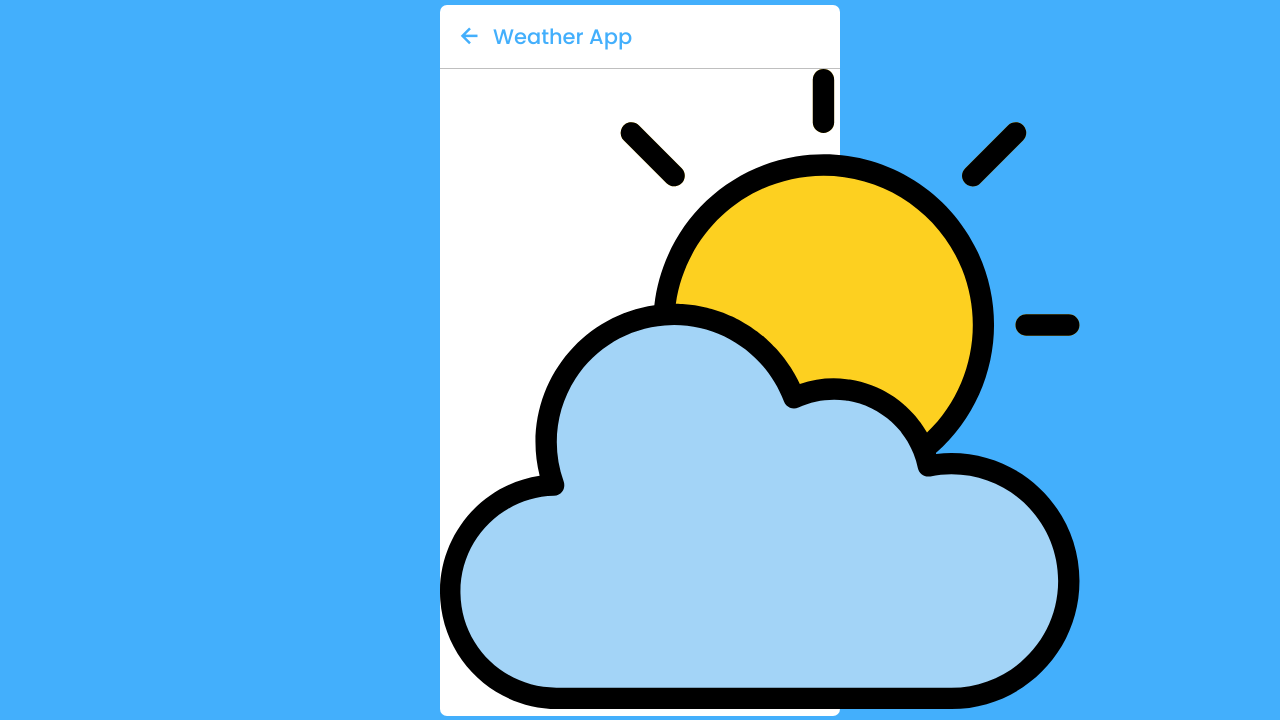
Repository: long13820/Weather-App-HTML-CSS-Javascript
Page: index.html
The author's editor kept a copy of each file at every save. The page is drawn from the files as they stood at one save, then again after the next save.
The browser window is 1280 px wide. The pictures show the whole page.

Above is the page before, as saved 2021-09-02 10:24:13.

### index.html
<!DOCTYPE html>
<html lang="en">
<head>
    <meta charset="UTF-8">
    <meta http-equiv="X-UA-Compatible" content="IE=edge">
    <meta name="viewport" content="width=device-width, initial-scale=1.0">
    <title>Weather App</title>
    <link rel="stylesheet" href="style.css">

    <!--Linking Boxicon For Icon-->
    <link rel="stylesheet" href='https://unpkg.com/boxicons@2.0.9/css/boxicons.min.css' >


</head>
<body>
    <div class="wrapper">
        <header>
            <i class="bx bx-left-arrow-alt"></i>
            Weather App
        </header>
        <section class="input-part">
            <p class="info-txt pending">Please enter a valid city name</p>
            <input type="text" placeholder="Enter city name" spellcheck="false" required>
            <div class="separator"></div>
            <button>Get Device Location</button>
        </section>
        <section class="weather-part">
            <img src="/Weather Icons/cloud.svg" alt="Weather Icon">
            <span class="numb"></span>
        </section>
    </div>
</body>
</html>

### style.css
/*Import Google Font - Poppins*/
@import url('https://fonts.googleapis.com/css2?family=Poppins:wght@400;500;600;700&display=swap');
*{
    margin: 0;
    padding: 0;
    box-sizing: border-box;
    font-family: 'Poppins', sans-serif;
}
body{
    display: flex;
    align-items: center;
    justify-content: center;
    min-height: 100vh;
    background: #43AFFC;
}
.wrapper{
    width: 400px;
    border-radius: 7px;
    background: white;
}
.wrapper header{
    color: #43AFFC;
    font-size: 21px;
    font-weight: 500;
    padding: 16px 15px;
    display: flex;
    align-items: center;
    border-bottom: 1px solid #bfbfbf;

}
header i{
    cursor: pointer;
    font-size: 30px;
    margin-right: 8px;
}
.wrapper .input-part{
    display: none;
    margin: 20px 25px 30px;
}
.input-part .info-txt{
    display: none;
    font-size: 17px;
    text-align: center;
    padding: 12px 7px;
    border-radius: 7px;
    margin-bottom: 15px;
}
.info-txt.error{
    display: block;
    color: #721c24;
    background: #f8d7da;
    border: 1px solid #f5c6cb;
}
.info-txt.pending{
    display: block;
    color: #0c5460;
    background: #d1ecf1;
    border: 1px solid #bee5eb;
}
.input-part :where(input, button){
    width: 100%;
    height: 55px;
    border: none;
    outline: none;
    font-size: 18px;
    border-radius: 7px;
}
.input-part input{
    text-align: center;
    border: 1px solid #bfbfbf;
}
.input-part input:is(:focus,:valid){

}
.input-part .separator{
    height: 1px;
    width: 100%;
    margin: 25px 0px;
    background: #ccc;
    display: flex;
    align-items: center;
    justify-content: center;
}
.separator::before{
    content: "or";
    background-color: white;
    font-size: 19px;
    padding: 0px 15px;
    background: #fff;
}
.input-part button{
    color: white;
    cursor: pointer;
    background: #43AFFC;
}

After the next save:
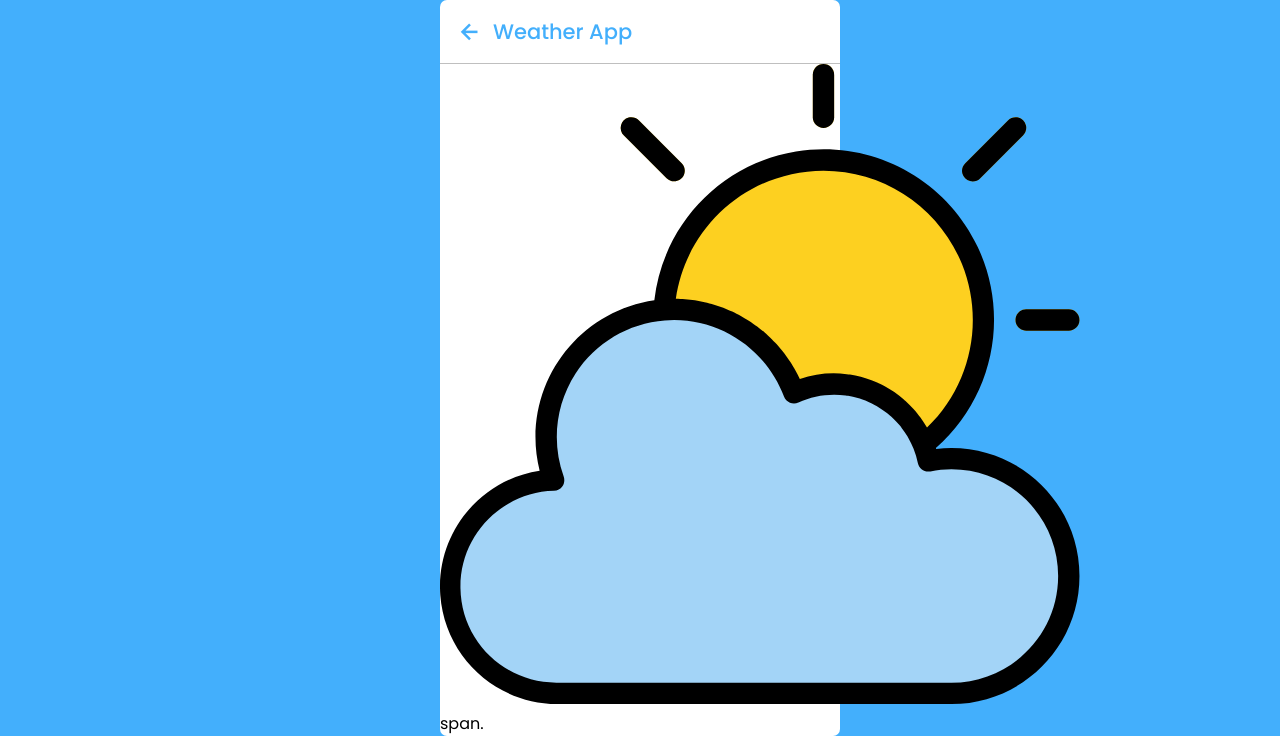
Saved 4 s later.
--- a/index.html
+++ b/index.html
@@ -27,6 +27,7 @@
         <section class="weather-part">
             <img src="/Weather Icons/cloud.svg" alt="Weather Icon">
             <span class="numb"></span>
+            span.
         </section>
     </div>
 </body>

After the save that followed:
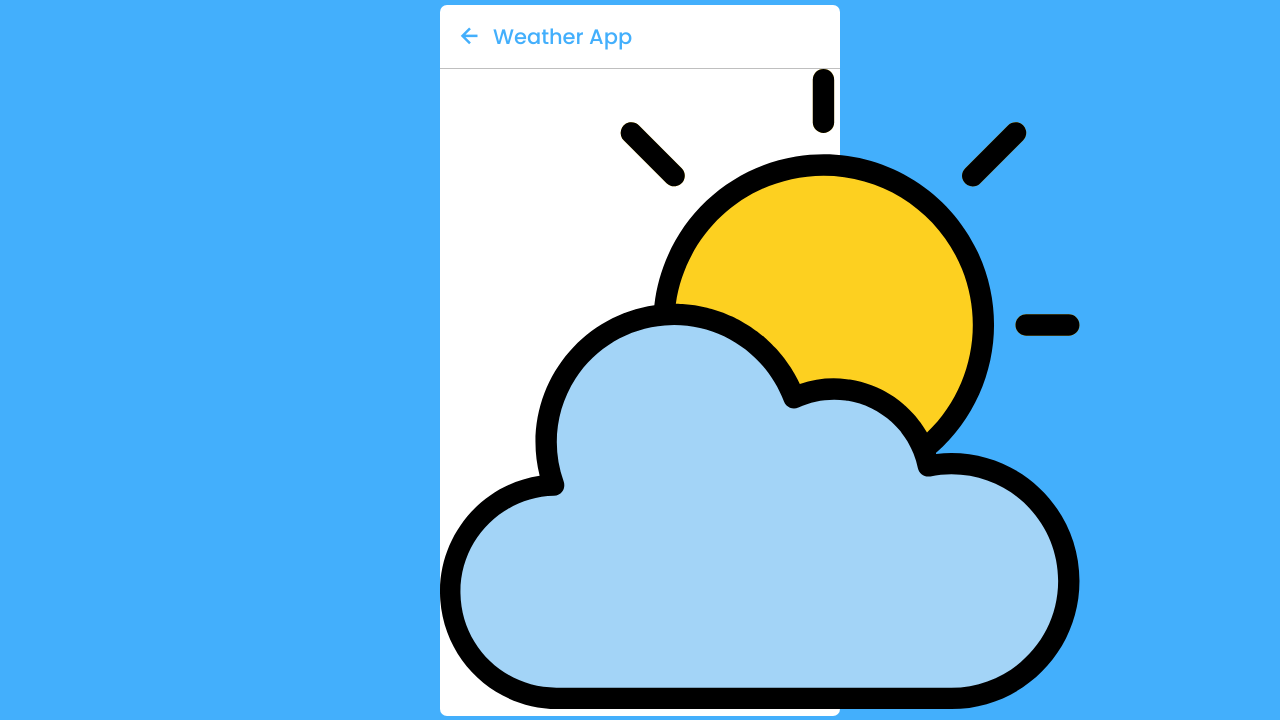
Saved 4 s later.
--- a/index.html
+++ b/index.html
@@ -27,7 +27,7 @@
         <section class="weather-part">
             <img src="/Weather Icons/cloud.svg" alt="Weather Icon">
             <span class="numb"></span>
-            span.
+            <span class="deg"></span>
         </section>
     </div>
 </body>
